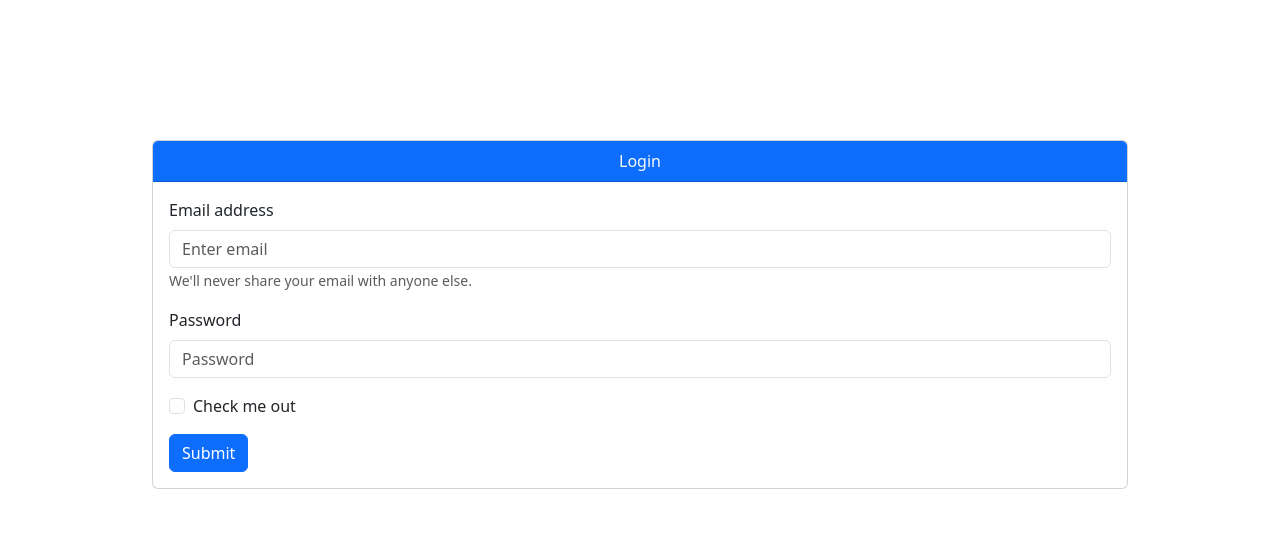
Repository: trider/react-task-app
Page: /
These files come from the project's save history. The page is drawn as it stood at one moment and after the next save; the edit follows.
The browser window is 1280 px wide. The pictures show the whole page.
The project was rebuilt for these pictures with package versions that can differ from the ones it lists, and the page was loaded fresh each time.

Above is the page before, as saved 2024-05-02 16:01:01.

After the next save:
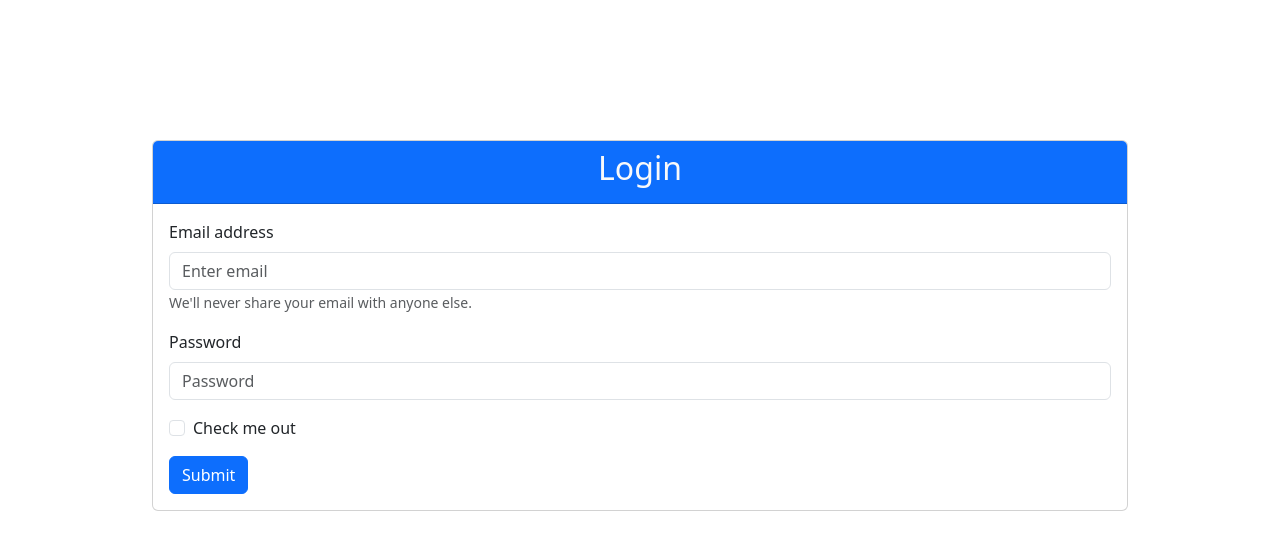
Saved 15 s later.
--- a/src/pages/Login.js
+++ b/src/pages/Login.js
@@ -10,7 +10,9 @@ import Card from 'react-bootstrap/Card';
 const LoginForm =()=> {
   return (
   <Card>
-    <Card.Header className='bg-primary text-light text-center' >Login</Card.Header>
+    <Card.Header className='bg-primary text-light text-center' >
+      <h2>Login</h2>
+    </Card.Header>
     <Card.Body>
     <Form>
       <Form.Group className="mb-3" controlId="formBasicEmail">
